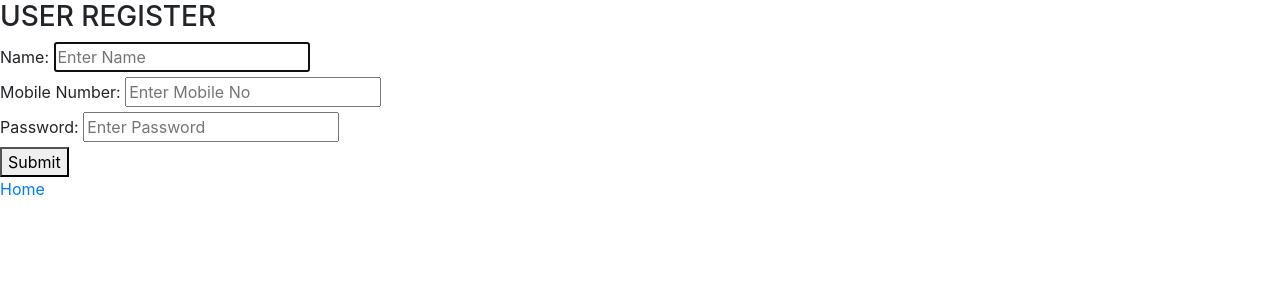
Repository: SHARMILAG97/WebApplication
Page: http://localhost/waterplant_web/userregister.jsp
These files come from the project's save history. The page is drawn as it stood at one moment and after the next save; the edit follows.
The browser window is 1280 px wide. The pictures show the whole page.
The page is served by Tomcat 9. Other server files are loaded and not shown.

Above is the page before, as saved 2019-09-12 17:32:45.
Console error: TypeError: Cannot read properties of undefined (reading 'fn')

### waterplant_web/src/main/webapp/userregister.jsp
<%@ page language="java" contentType="text/html; charset=ISO-8859-1"
    pageEncoding="ISO-8859-1"%>
<!DOCTYPE html>
<html>
<head>
<meta charset="ISO-8859-1">
<title>UserRegister</title>
<link rel="stylesheet" href="css/bootstrap.min.css">
<script src="js/bootstrap.min.js"></script>
</head>
<body>
<h3>USER REGISTER</h3>
<form >
<label>Name:</label>
<input type="text" name="name" id="name" placeholder="Enter Name" required autofocus/>
<br/>

<label>Mobile Number:</label>
<input type="number" name="mobileno" id="mobileno" placeholder="Enter Mobile No" required autofocus/>
<br/>

<label>Password:</label>
<input type="password" name="password" id="password" placeholder="Enter Password" required />
<br/>
<button type="submit">Submit</button>
</form>
<a href="index.jsp">Home</a>
</body>
</html>

Loaded but not shown: waterplant_web/src/main/webapp/css/bootstrap.min.css (library); waterplant_web/src/main/webapp/js/bootstrap.min.js (library)

After the next save:
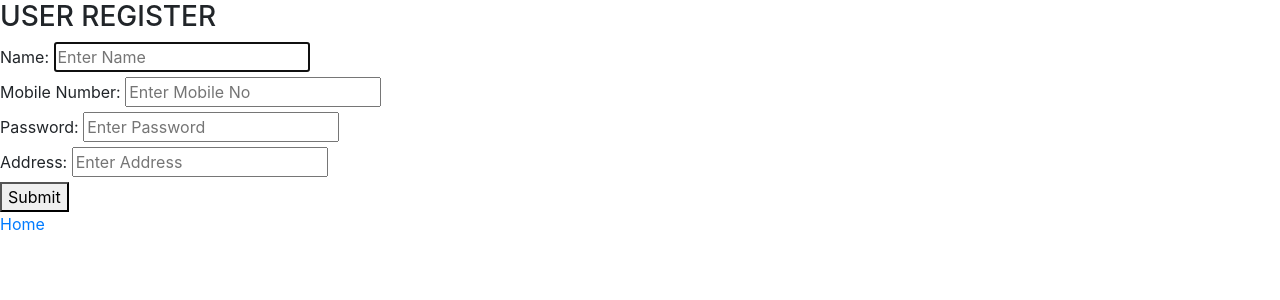
Saved 89 s later.
--- a/waterplant_web/src/main/webapp/userregister.jsp
+++ b/waterplant_web/src/main/webapp/userregister.jsp
@@ -22,6 +22,9 @@
 <label>Password:</label>
 <input type="password" name="password" id="password" placeholder="Enter Password" required />
 <br/>
+<label>Address:</label>
+<input type="text" name="address" id="address" placeholder="Enter Address" required />
+<br/>
 <button type="submit">Submit</button>
 </form>
 <a href="index.jsp">Home</a>
